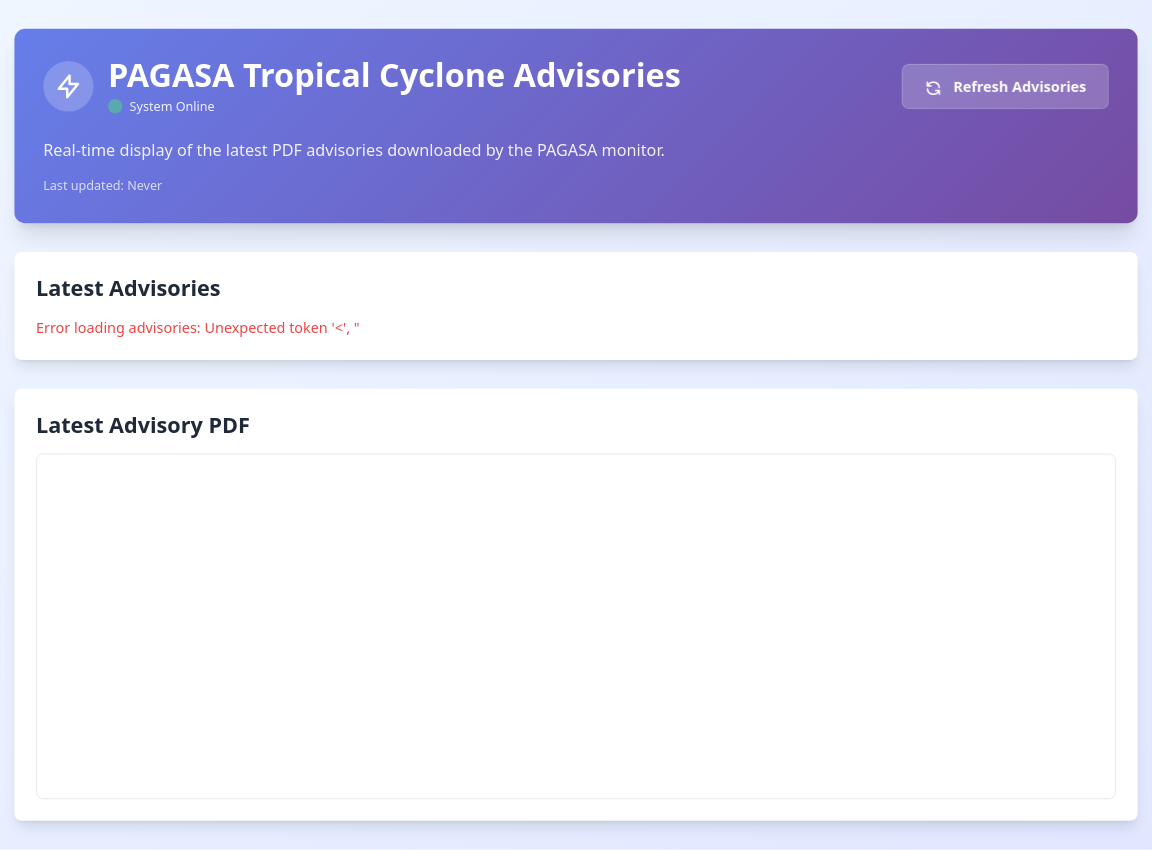
Repository: JetSpy-404/Heat-Mapping-For-Disaster-Risk-Prone-Areas
Page: pdf_viewer.html
These files come from the project's save history. The page is drawn as it stood at one moment and after the next save; the edit follows.
The browser window is 1280 px wide. The pictures show the whole page, at 90% of full size.
Some web libraries are served in a nearby version.

Above is the page before, as saved 2025-11-09 21:11:48.

After the next save:
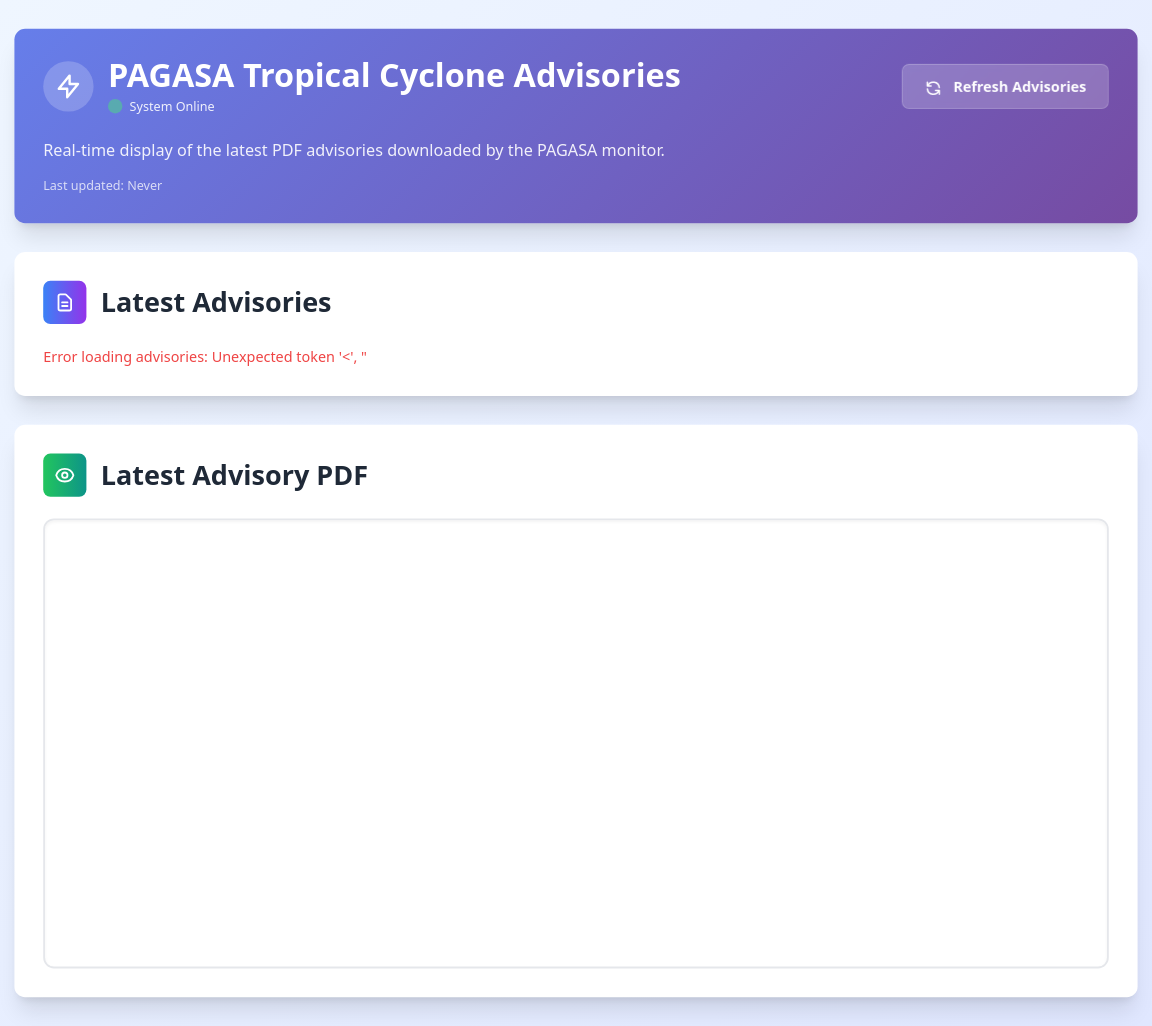
Saved 26 s later.
--- a/pdf_viewer.html
+++ b/pdf_viewer.html
@@ -77,17 +77,32 @@
         </div>
 
         <!-- Advisories List -->
-        <div id="advisories-list" class="bg-white rounded-lg shadow-lg p-6">
-            <h2 class="text-2xl font-bold text-gray-800 mb-4">Latest Advisories</h2>
-            <ul id="advisories-ul" class="space-y-4">
+        <div id="advisories-list" class="bg-white rounded-xl shadow-xl p-8 card-hover">
+            <div class="flex items-center mb-6">
+                <div class="bg-gradient-to-r from-blue-500 to-purple-600 p-3 rounded-lg mr-4">
+                    <svg class="w-6 h-6 text-white" fill="none" stroke="currentColor" viewBox="0 0 24 24">
+                        <path stroke-linecap="round" stroke-linejoin="round" stroke-width="2" d="M9 12h6m-6 4h6m2 5H7a2 2 0 01-2-2V5a2 2 0 012-2h5.586a1 1 0 01.707.293l5.414 5.414a1 1 0 01.293.707V19a2 2 0 01-2 2z"></path>
+                    </svg>
+                </div>
+                <h2 class="text-3xl font-bold text-gray-800">Latest Advisories</h2>
+            </div>
+            <ul id="advisories-ul" class="space-y-6">
                 <!-- Advisories will be loaded here dynamically -->
             </ul>
         </div>
 
         <!-- Latest PDF Display -->
-        <div id="latest-pdf-display" class="bg-white rounded-lg shadow-lg p-6 mt-8">
-            <h2 class="text-2xl font-bold text-gray-800 mb-4">Latest Advisory PDF</h2>
-            <iframe id="latest-pdf-iframe" class="w-full h-96 border border-gray-200 rounded-lg" type="application/pdf"></iframe>
+        <div id="latest-pdf-display" class="bg-white rounded-xl shadow-xl p-8 mt-8 card-hover">
+            <div class="flex items-center mb-6">
+                <div class="bg-gradient-to-r from-green-500 to-teal-600 p-3 rounded-lg mr-4">
+                    <svg class="w-6 h-6 text-white" fill="none" stroke="currentColor" viewBox="0 0 24 24">
+                        <path stroke-linecap="round" stroke-linejoin="round" stroke-width="2" d="M15 12a3 3 0 11-6 0 3 3 0 016 0z"></path>
+                        <path stroke-linecap="round" stroke-linejoin="round" stroke-width="2" d="M2.458 12C3.732 7.943 7.523 5 12 5c4.478 0 8.268 2.943 9.542 7-1.274 4.057-5.064 7-9.542 7-4.477 0-8.268-2.943-9.542-7z"></path>
+                    </svg>
+                </div>
+                <h2 class="text-3xl font-bold text-gray-800">Latest Advisory PDF</h2>
+            </div>
+            <iframe id="latest-pdf-iframe" class="w-full h-[500px] border-2 border-gray-200 rounded-xl shadow-inner" type="application/pdf"></iframe>
         </div>
     </div>
 
